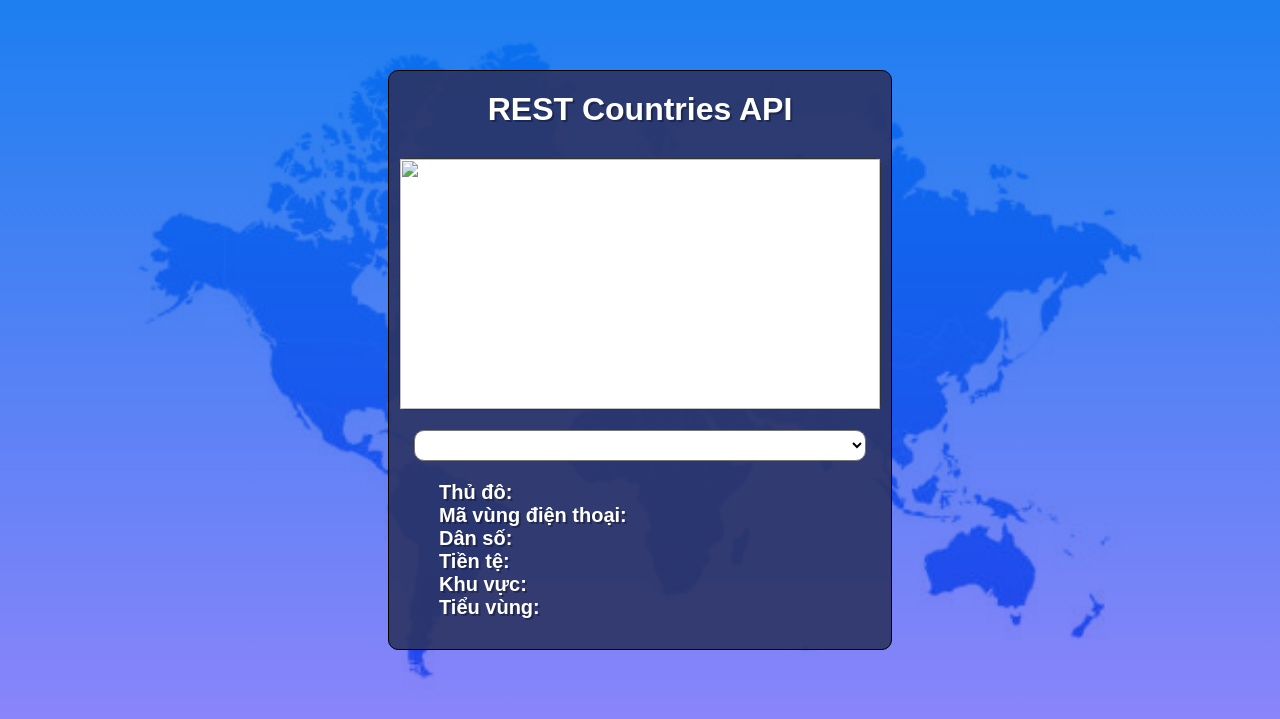
Repository: KhoaTran204/Rest-countries-api-app
Page: index.html
An editor plug-in stored every save of this project. The page is shown before and after the next save, followed by the edit.
The browser window is 1280 px wide. The pictures show the whole page.
The page's requests for data from a server got no answer.

Above is the page before, as saved 2024-04-14 09:23:59.

### index.html
<!DOCTYPE html>
<html lang="en">
  <head>
    <meta charset="UTF-8" />
    <meta name="viewport" content="width=device-width, initial-scale=1.0" />
    <link rel="stylesheet" href="style.css" />
    <title>Rest Countries API</title>
  </head>
  <body>
    <div class="container">
      <h1>REST Countries API</h1>
      <div id="main-container">
        <div id="flag-container">
          <img src="" alt="" />
        </div>
        <div id="info-container">
          <select id="countries"></select>
          <div class="info">
            <p>Thủ đô: <span id="capital"></span></p>
            <p>Mã vùng điện thoại: <span id="dialing-code"></span></p>
            <p>Dân số: <span id="population"></span></p>
            <p>Tiền tệ: <span id="currencies"></span></p>
            <p>Khu vực: <span id="region"></span></p>
            <p>Tiểu vùng: <span id="subregion"></span></p>
          </div>
        </div>
      </div>
    </div>
    <script src="app.js"></script>
  </body>
</html>

### style.css
* {
  margin: 0;
  padding: 0;
  box-sizing: border-box;
}

body {
  font-family: sans-serif;
  height: 100vh;
  display: flex;
  justify-content: center;
  align-items: center;
  /* background-image: url(anh/bando.jpg);
  background-repeat: no-repeat;
  background-position: center;
  background-size: cover; */
  background: linear-gradient(
      to top,
      rgba(23, 11, 244, 0.5),
      rgba(4, 113, 239, 0.9)
    ),
    url(anh/bando.jpg) no-repeat center/cover;
}

#flag-container {
  margin: 10px;
  height: 252px;
  background-color: #fff;
  border: 1px solid #333;
  border-radius: 5px;
}

#flag-container img {
  display: block;
  width: 100%;
  height: 100%;
}

.container {
  background-color: rgba(44, 51, 99, 0.9);
  border-radius: 10px;
  border: 1px solid black;
}
.container h1 {
  text-align: center;
  text-shadow: 2px 2px rgba(0, 0, 0, 0.3);
  color: #fff;
  margin: 20px;
}
#main-container {
  width: 502px;
  margin: 30px auto;
  padding: 0;
}
#flag-container {
  height: 252px;
  background-color: #fff;
  border: 1px solid #333;
}
#flag-container img {
  display: block;
  width: 100%;
  height: 100%;
}
#info-container select {
  display: block;
  border-radius: 10px;
  margin: 20px auto;
  padding: 5px;
  min-width: 90%;
  color: black;
  font-size: 15px;
  font-weight: lighter;
  text-align-last: center;
  background-color: #fff;
  text-decoration: underline;
}
#flag-container select:active {
  background-color: black;
}
.info {
  margin-left: 50px;
  color: #fff;
  font-size: 20px;
  font-weight: bold;
  text-shadow: 2px 2px rgba(0, 0, 0, 0.3);
}

### app.js
const countrieslist = document.getElementById("countries");
let countries;

countrieslist.addEventListener("change", (event) =>
  displayCountryInfo(event.target.value)
);

// fetch("https://restcountries.com/v2/all")
//   .then(function (res) {
//     console.log(res);
//     return res.json();
//   })
//   .then(function (data) {
//     console.log(data);
//     initialize(data);
//   })
//   .catch(function (err) {
//     console.log("Lỗi: ", err);
//   });
fetch("https://restcountries.com/v2/all").then((res) => {
  res
    .json()
    .then((data) => initialize(data))
    .catch((err) => console.log("Lỗi: ", err));
});
function initialize(countriesData) {
  countries = countriesData;
  let options = "";
  //   for (let i = 0; i < countries.length; i++) {
  //     options += `<option value="${countries[i].alpha3Code}">${countries[i].name}</option>`;
  //   }
  countries.forEach(
    (country) =>
      (options += `<option value="${country.alpha3Code}">${country.name}</option>`)
  );
  //   document.getElementById("countries").innerHTML = options;
  //   document.querySelector("countries").innerHTML = options;
  countrieslist.innerHTML = options;
  countrieslist.selectedIndex = Math.floor(
    Math.random() * countrieslist.length
  );
  displayCountryInfo(countrieslist[countrieslist.selectedIndex].value);
}

function displayCountryInfo(countryByAlpha3Code) {
  const countryData = countries.find(
    (country) => country.alpha3Code === countryByAlpha3Code
  );
  console.log(countryData);
  document.querySelector("#flag-container img").src = countryData.flag;
  document.querySelector(
    "#flag-container img"
  ).alt = `Flag of ${countryData.name}`;
  document.getElementById("capital").innerHTML = countryData.capital;
  document.getElementById(
    "dialing-code"
  ).innerHTML = `+ ${countryData.callingCodes[0]}`;
  document.getElementById("population").innerHTML =
    countryData.population.toLocaleString("en-US");
  document.getElementById("currencies").innerHTML = countryData.currencies
    .filter((c) => c.name)
    .map((c) => `${c.name} (${c.code})`)
    .join(", ");
  document.getElementById("region").innerHTML = countryData.region;
  document.getElementById("subregion").innerHTML = countryData.subregion;
}

After the next save:
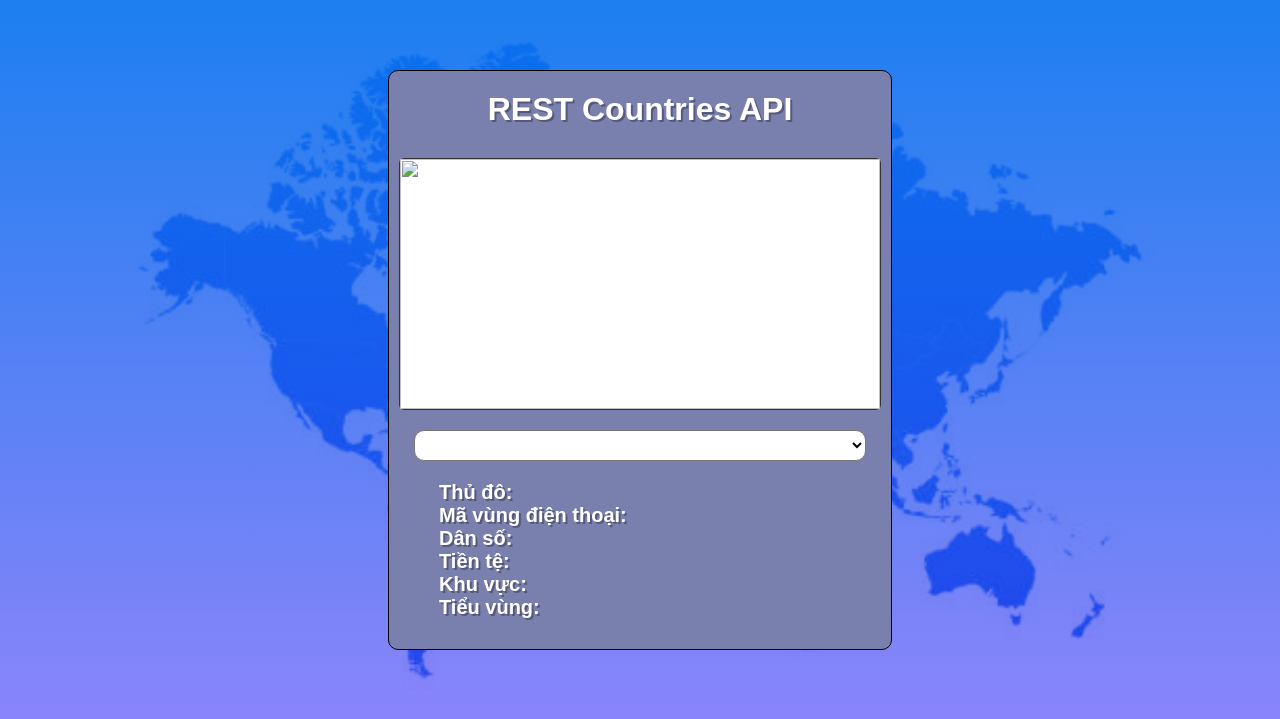
Saved 33 s later.
--- a/style.css
+++ b/style.css
@@ -37,7 +37,7 @@ body {
 }
 
 .container {
-  background-color: rgba(44, 51, 99, 0.9);
+  background-color: rgb(122, 128, 174);
   border-radius: 10px;
   border: 1px solid black;
 }
